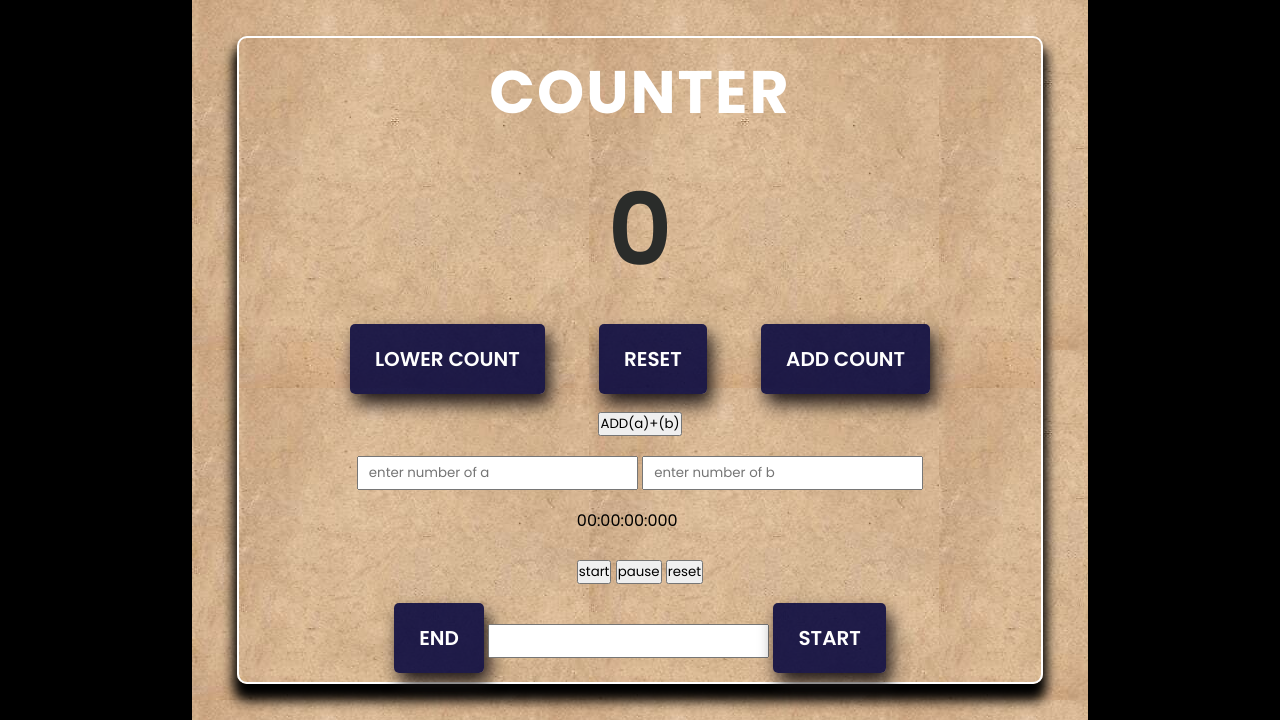
Repository: ArusyakAghajanyan/Counter
Page: index.html
An editor plug-in stored every save of this project. The page is shown before and after the next save, followed by the edit.
The browser window is 1280 px wide. The pictures show the whole page.

Above is the page before, as saved 2022-02-16 01:13:31.

### index.html
<!DOCTYPE html>
<html lang="en">
  <head>
    <meta charset="UTF-8" />
    <meta http-equiv="X-UA-Compatible" content="IE=edge" />
    <meta name="viewport" content="width=device-width, initial-scale=1.0" />
    <link rel="stylesheet" href="./style.css" />
    <title>Counter</title>
  </head>
  <body>
    <div class="body">
      <div class="parent">
          <div class="main">
              <div class="countText">
                  <h1>COUNTER</h1>
              </div>
              <div class="number">
                  <p id="num">0</p>
              </div>
              <div class="options">
                  <button class="leftButton">LOWER COUNT</button>
                  <button class="centerButton">RESET</button>
                  <button class="rightButton">ADD COUNT</button>
              </div>
              <div class="addABParent">
                  <button class="addAB">ADD(a)+(b)</button>
                  <input type="number" id="inputNum1" placeholder="enter number of a"><span class="plyus"></span>
                  <input type="number" id="inputNum2" placeholder="enter number of b"><span class="equals"></span>
                  <span id="valueOfSum"></span>
              </div>
              <form name="form_main">
                  <div>
                      <span id="hour">00</span>:<span id="minute">00</span>:<span id="second">00</span>:<span id="millisecond">000</span>
                  </div>
                  <br />
                  <button type="button" name="start">start</button>
                  <button type="button" name="pause">pause</button>
                  <button type="button" name="reset">reset</button>
              </form>
              <div class="options">
                  <button class="fibonLeft">END</button>
                  <input id="inputNumFibo">
                  <button class="fibonRight">START</button>
              </div>
          </div>
      </div>
  </div>
    <script src="./script.js"></script>
  </body>
</html>

### style.css
@import url('https://fonts.googleapis.com/css2?family=Poppins:wght@200;300;400;500;600;700&display=swap');
* {
    margin: 0;
    padding: 0;
    box-sizing: border-box;
    font-family: 'Poppins', sans-serif;
}

.body {
    background-color: black;
    position: absolute;
    width: 100%;
    height: 100%;
    display: flex;
    align-items: center;
    justify-content: center;
}

.parent {
    background-image: url(./image/Caesar-Materica-Ocra-Grip-225x453-cm-AFU6-Casa39.jpg);
    position: relative;
    width: 70%;
    height: 100%;
    display: flex;
    align-items: center;
    justify-content: center;
}

.main {
    background-image: url(./image/Caesar-Materica-Ocra-Grip-225x453-cm-AFU6-Casa39.jpg);
    position: relative;
    width: 90%;
    height: 90%;
    display: flex;
    align-items: center;
    justify-content: center;
    flex-direction: column;
    border: 2px solid white;
    border-radius: 10px;
    box-shadow: 0px 13px 12px 4px;
    display: flex;
    flex-direction: column;
    justify-content: space-around;
}

.countText {
    display: flex;
    align-items: center;
    justify-content: center;
    letter-spacing: 2px;
    color: white;
    font-size: 30px;
}

.number {
    font-size: 100px;
    font-weight: 600;
    color: rgb(42, 44, 42);
}

.options button {
    background-color: rgba(7, 7, 63, 0.884);
    border-radius: 5px;
    color: white;
    font-size: 20px;
    font-weight: 600;
    cursor: pointer;
    border: none;
    padding: 20px 25px 20px 25px;
    box-shadow: 5px 10px 18px #1D1717;
}

.options button:hover,
.btn button:hover {
    transform: scale(0.96);
}

.options button.leftButton {
    margin-right: 50px;
}

.options button.rightButton {
    margin-left: 50px;
}

.addABParent {
    text-align: -webkit-center;
}

.addAB {
    display: flex;
    margin-bottom: 20px;
}

input {
    padding: 5px 10px;
}

### script.js
const leftButton = document.querySelector(".leftButton");
const centerButton = document.querySelector(".centerButton");
const rightButton = document.querySelector(".rightButton");
const num = document.getElementById("num");
const addAB = document.querySelector(".addAB");
const valueOfSum = document.getElementById("valueOfSum");
const inputNum1 = document.getElementById("inputNum1");
const inputNum2 = document.getElementById("inputNum2");
const plyus = document.querySelector(".plyus")
const equals = document.querySelector(".equals")

let i = 0;
leftButton.addEventListener("click", function minus() {
    i--;
    num.innerHTML = i;
});

rightButton.addEventListener("click", function pulus() {
    i++;
    num.innerHTML = i;
});

centerButton.addEventListener("click", function reset() {
    i = 0;
    num.innerHTML = i;
});

function add(a) {
    return function name(b) {
        return a + b;
    }
}

addAB.addEventListener("click", function() {
    plyus.innerText = "+"
    equals.innerText = "="
    let inputNum1Value = Number(inputNum1.value);
    let inputNum2Value = Number(inputNum2.value);
    valueOfSum.innerText = add(inputNum1Value)(inputNum2Value)
});

let hour = 0;
let minute = 0;
let second = 0;
let millisecond = 0;

let cron;

document.form_main.start.onclick = () => start();
document.form_main.pause.onclick = () => pause();
document.form_main.reset.onclick = () => reset();

function start() {
    pause();
    cron = setInterval(() => { timer(); }, 10);
  }

  function pause() {
    clearInterval(cron);
  }

  function reset() {
    hour = 0;
    minute = 0;
    second = 0;
    millisecond = 0;
    document.getElementById('hour').innerText = '00';
    document.getElementById('minute').innerText = '00';
    document.getElementById('second').innerText = '00';
    document.getElementById('millisecond').innerText = '000';
  }
  function timer() {
    if ((millisecond += 10) == 1000) {
      millisecond = 0;
      second++;
    }
    if (second == 60) {
      second = 0;
      minute++;
    }
    if (minute == 60) {
      minute = 0;
      hour++;
    }
    document.getElementById('hour').innerText = returnData(hour);
    document.getElementById('minute').innerText = returnData(minute);
    document.getElementById('second').innerText = returnData(second);
    document.getElementById('millisecond').innerText = returnData(millisecond);
  }

  function returnData(input) {
    return input > 10 ? input : `0${input}`
  }

After the next save:
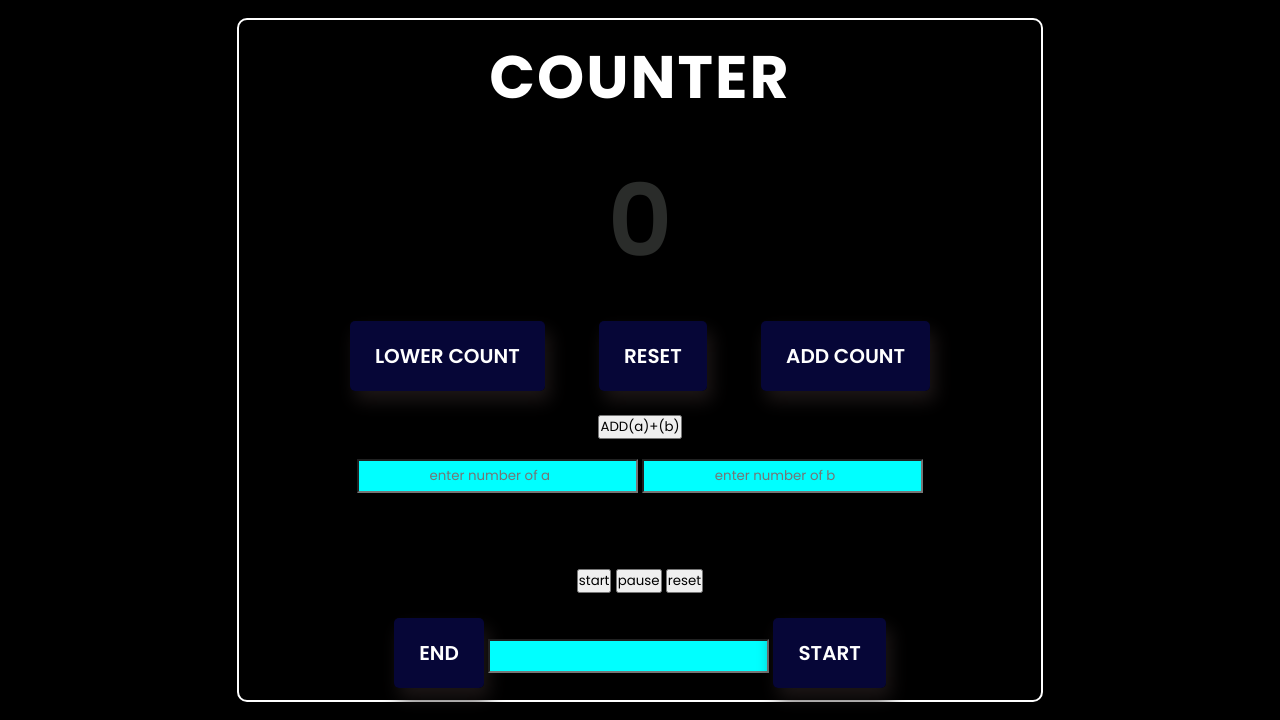
Not found: Caesar-Materica-Ocra-Grip-225x453-cm-AFU6-Casa39.jpg
Saved 67 s later.
--- a/style.css
+++ b/style.css
@@ -17,7 +17,7 @@
 }
 
 .parent {
-    background-image: url(./image/Caesar-Materica-Ocra-Grip-225x453-cm-AFU6-Casa39.jpg);
+    background-image: url("./Caesar-Materica-Ocra-Grip-225x453-cm-AFU6-Casa39.jpg");
     position: relative;
     width: 70%;
     height: 100%;
@@ -27,10 +27,10 @@
 }
 
 .main {
-    background-image: url(./image/Caesar-Materica-Ocra-Grip-225x453-cm-AFU6-Casa39.jpg);
+    background-image: url("./Caesar-Materica-Ocra-Grip-225x453-cm-AFU6-Casa39.jpg");
     position: relative;
     width: 90%;
-    height: 90%;
+    height: 95%;
     display: flex;
     align-items: center;
     justify-content: center;
@@ -94,4 +94,6 @@
 
 input {
     padding: 5px 10px;
+    text-align: center;
+    background-color: aqua;
 }
